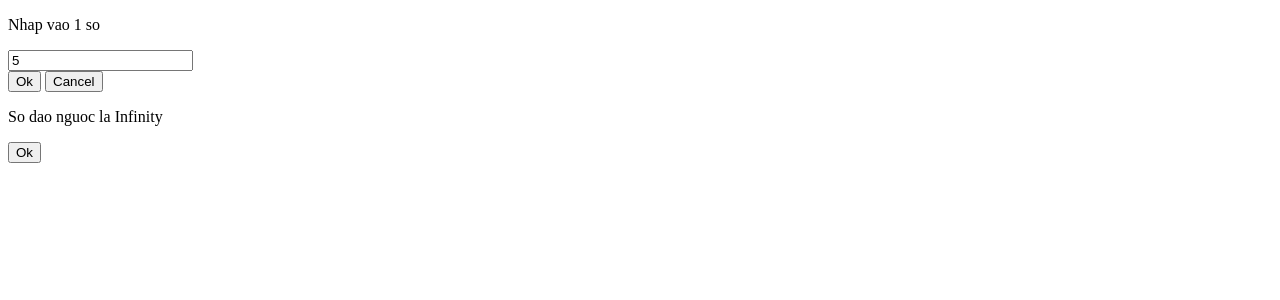
Repository: lhggiang/Sodaonguoc
Page: index.html
The author's editor kept a copy of each file at every save. The page is drawn from the files as they stood at one save, then again after the next save.
The browser window is 1280 px wide. The pictures show the whole page.
Empty fields were first filled with sample values (such as "Sample", 5 or name@example.com).
After loading, the first visible `#yes` was clicked once.

Above is the page before, as saved 2023-05-18 22:08:40.

After the next save:
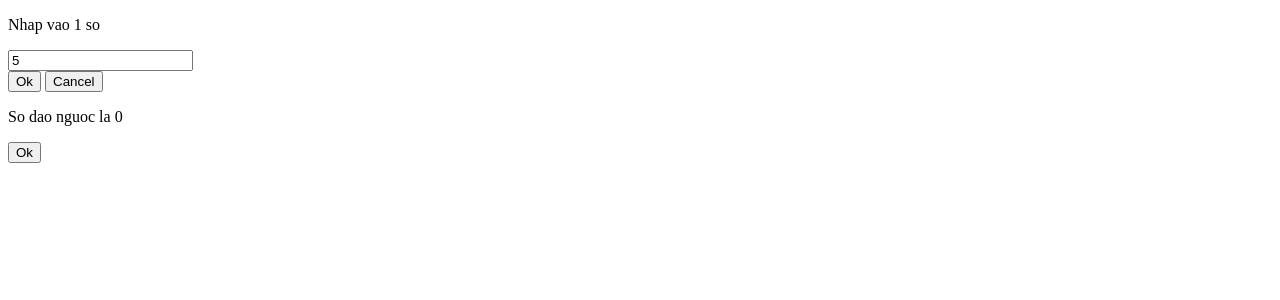
Saved 18 s later.
--- a/javascript.js
+++ b/javascript.js
@@ -3,10 +3,10 @@
 document.getElementById("yes").onclick = function () {
   let num = parseInt(document.getElementById("num").value);
   let res = 0;
-  while (num != 0) {
-    res = res * 10 + (num % 10);
-    num /= 10;
-  }
+  //   while (num != 0) {
+  //     res = res * 10 + (num % 10);
+  //     num /= 10;
+  //   }
   let result = document.getElementById("result");
   result.innerHTML = res;
 };
